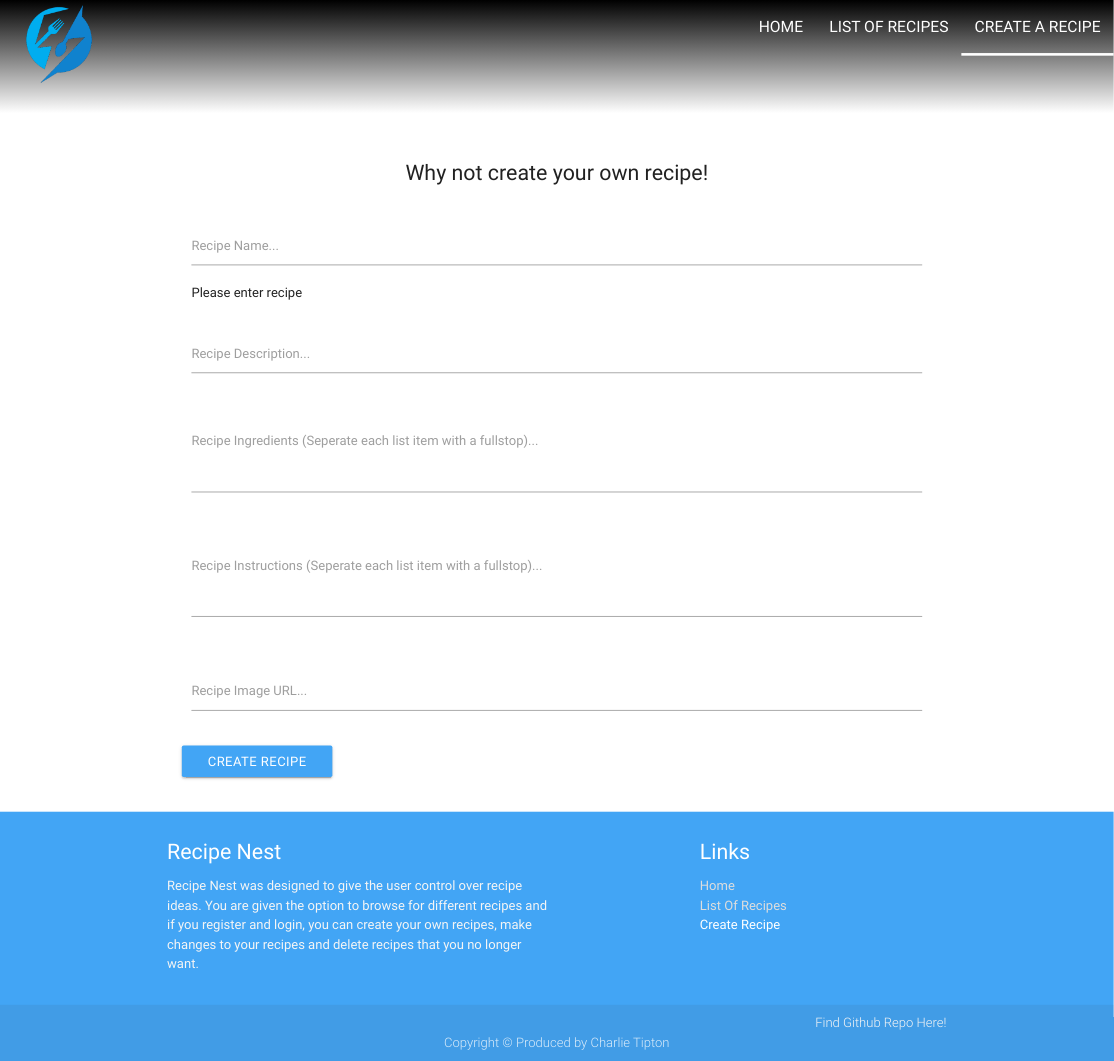
Repository: CharlieJT/Recipes
Page: http://localhost/create_recipe
The author's editor kept a record of every edit. The page is drawn from the files as they stood at one moment, then again after the next edit.
The browser window is 1280 px wide. The pictures show the whole page, at 87% of full size.
Some web libraries are served in a nearby version. The page is served by the project's application, run on Flask 3 (app.py).

Above is the page before.

After the next edit:
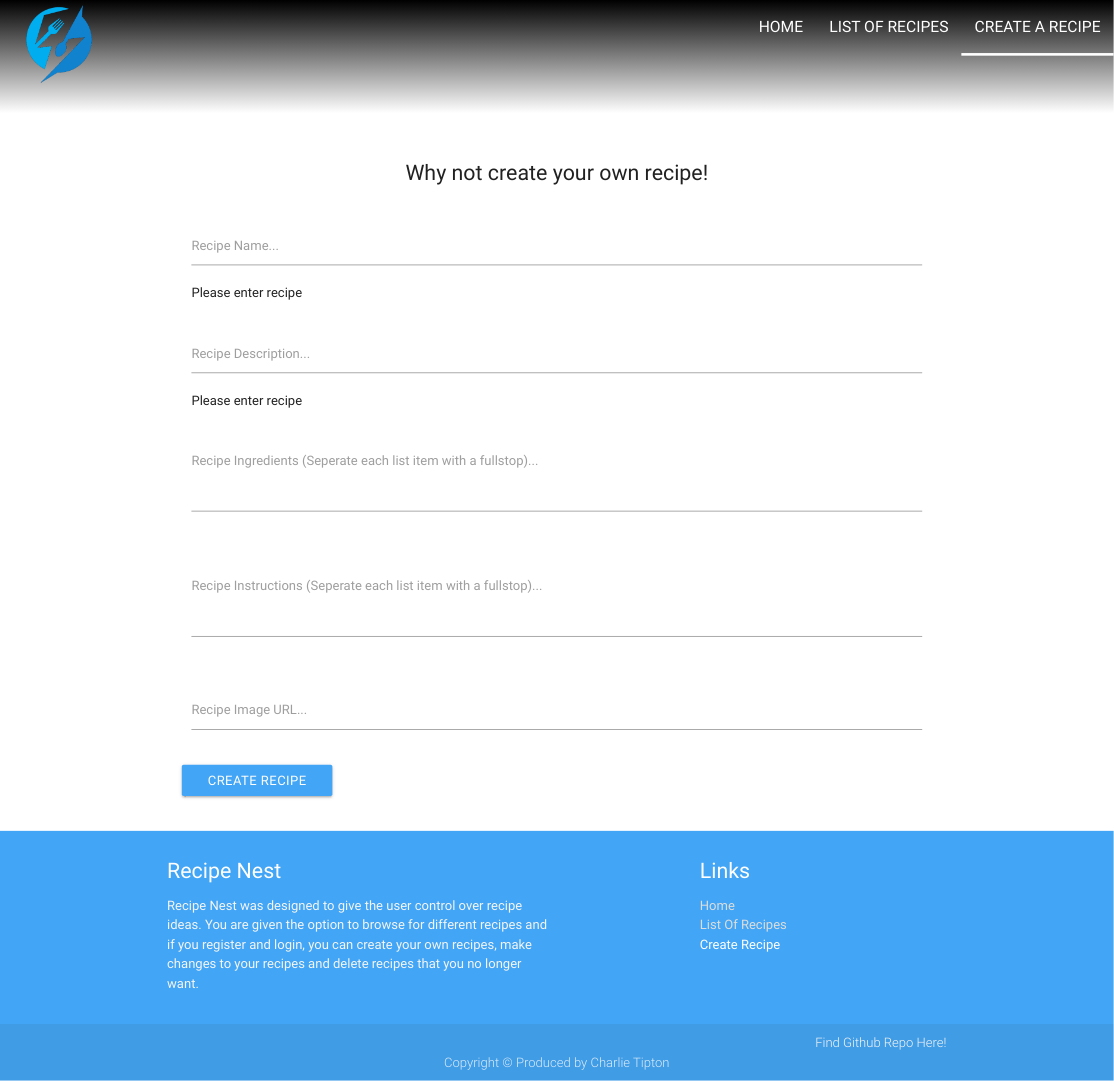
The edit:
--- a/templates/create-recipe.html
+++ b/templates/create-recipe.html
@@ -33,6 +33,7 @@
                             <div class="input-field col s12">
                                 <input id="create-recipe-listing" name="recipe_description" type="text" class="validate w-100" required>
                                 <label for="create-recipe-listing-label">Recipe Description...</label>
+                                <span class="helper-text insert-recipe-description-validation" data-error="wrong" data-success="right">Please enter recipe</span>
                             </div>
                         </div>
                         <div class="row recipe-ingredients-input-row">
